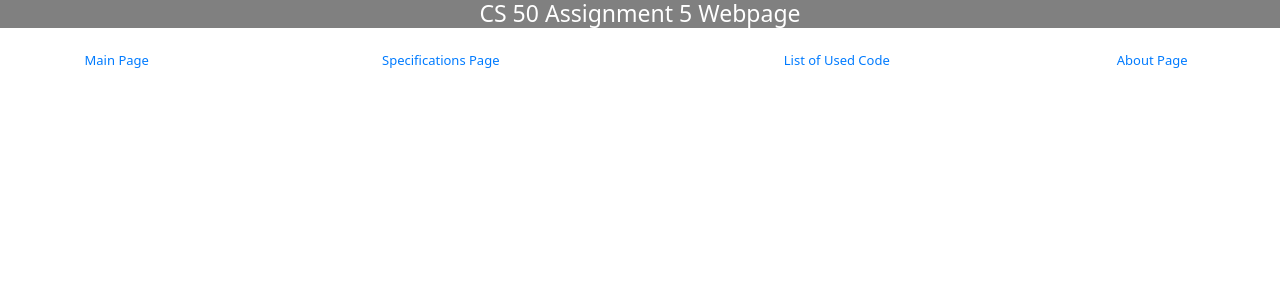
Repository: RSchwinn/cs50
Page: workspace/pset5/homepage/index.html
The author's editor kept a record of every edit. The page is drawn from the files as they stood at one moment, then again after the next edit.
The browser window is 1280 px wide. The pictures show the whole page.

Above is the page before.

After the next edit:
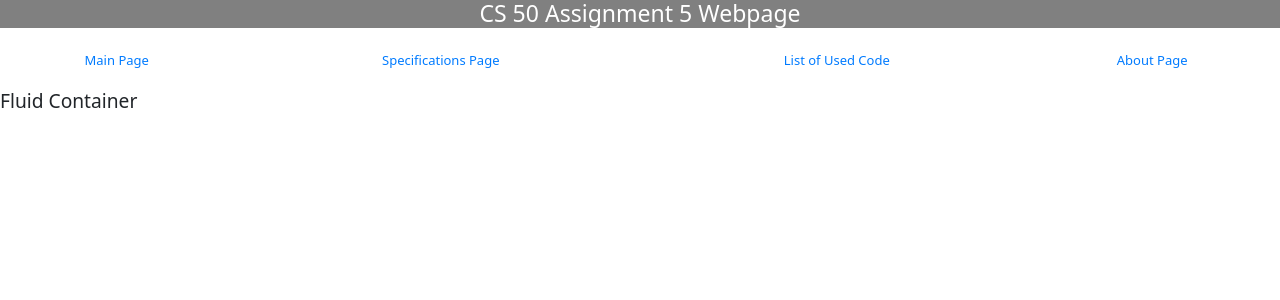
The edit:
--- a/workspace/pset5/homepage/index.html
+++ b/workspace/pset5/homepage/index.html
@@ -21,6 +21,11 @@
 <td><a href="about.html">About Page</a> </td>
 </tr>
 </table>
+
+
+    Fluid Container
+    </div>
+
         <script src="https://code.jquery.com/jquery-3.3.1.slim.min.js" integrity="sha384-q8i/X+965DzO0rT7abK41JStQIAqVgRVzpbzo5smXKp4YfRvH+8abtTE1Pi6jizo" crossorigin="anonymous"></script>
         <script src="https://cdnjs.cloudflare.com/ajax/libs/popper.js/1.14.3/umd/popper.min.js" integrity="sha384-ZMP7rVo3mIykV+2+9J3UJ46jBk0WLaUAdn689aCwoqbBJiSnjAK/l8WvCWPIPm49" crossorigin="anonymous"></script>
         <script src="https://stackpath.bootstrapcdn.com/bootstrap/4.1.3/js/bootstrap.min.js" integrity="sha384-ChfqqxuZUCnJSK3+MXmPNIyE6ZbWh2IMqE241rYiqJxyMiZ6OW/JmZQ5stwEULTy" crossorigin="anonymous"></script>
